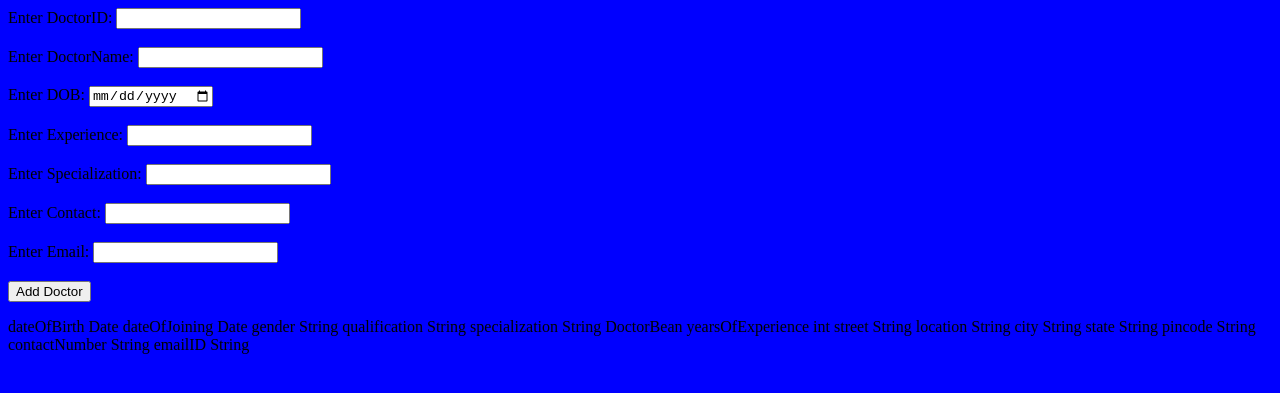
Repository: Pravinkumar-Raja/SpringProjects
Page: http://localhost/Spring-Web/WEB-INF/views/AddDoctor.jsp
The author's editor kept a copy of each file at every save. The page is drawn from the files as they stood at one save, then again after the next save.
The browser window is 1280 px wide. The pictures show the whole page.
The page is served by Tomcat 9. Nobody is signed in. The template is opened directly, without the code that normally fills it, so the values that code supplies are empty.

Above is the page before, as saved 2025-11-24 08:09:07.

After the next save:
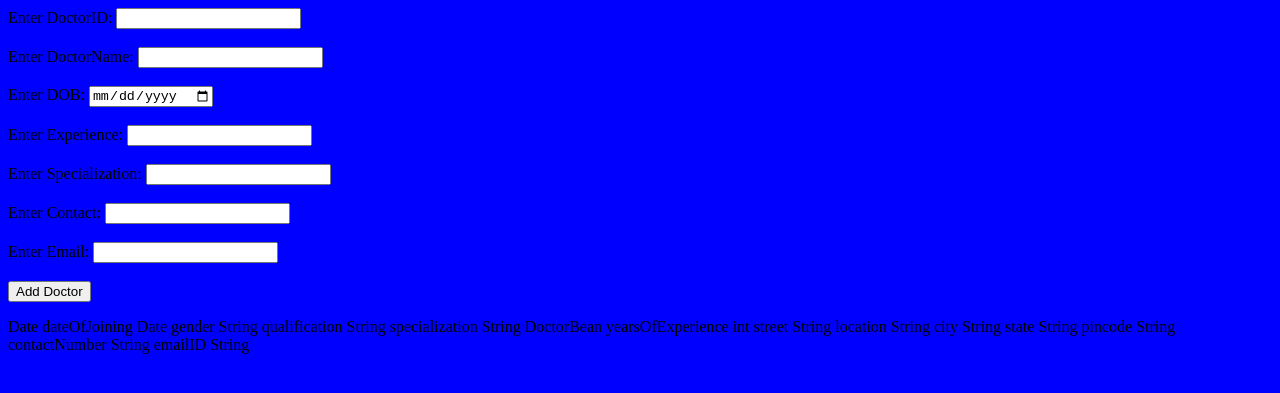
Saved 15 s later.
--- a/Spring-Web/src/main/webapp/WEB-INF/views/AddDoctor.jsp
+++ b/Spring-Web/src/main/webapp/WEB-INF/views/AddDoctor.jsp
@@ -3,7 +3,7 @@
 		<form action="./addDoctor" method="post">
 			Enter DoctorID: <input type="text" name="doctorID"/><br><br>
 			Enter DoctorName: <input type="text" name="doctorName"/><br><br>
-			Enter DOB: <input type="date" name="dob"/><br><br>
+			Enter DOB: <input type="date" name="dateOfBirth"/><br><br>
 			Enter Experience: <input type="number" name="experience"/><br><br>
 			Enter Specialization: <input type="text" name="specialization"/><br><br>
 			Enter Contact: <input type="number" name="contact"/><br><br>
@@ -14,7 +14,7 @@
 </html>
 
 
- dateOfBirth Date
+  Date
 
  dateOfJoining Date
 
